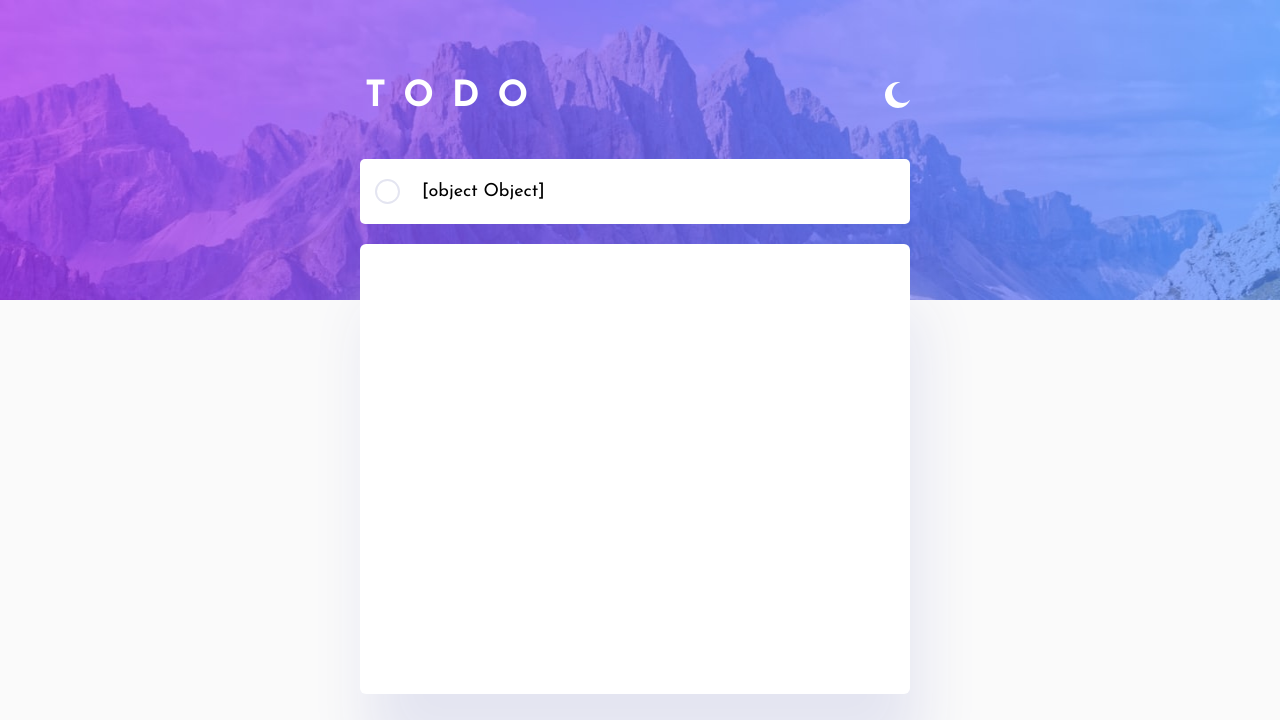
Repository: Haviles04/todoapp
Page: /
An editor plug-in stored every save of this project. The page is shown before and after the next save, followed by the edit.
The browser window is 1280 px wide. The pictures show the whole page.
The project was rebuilt for these pictures with package versions that can differ from the ones it lists, and the page was loaded fresh each time.

Above is the page before, as saved 2022-10-18 18:43:57.

After the next save:
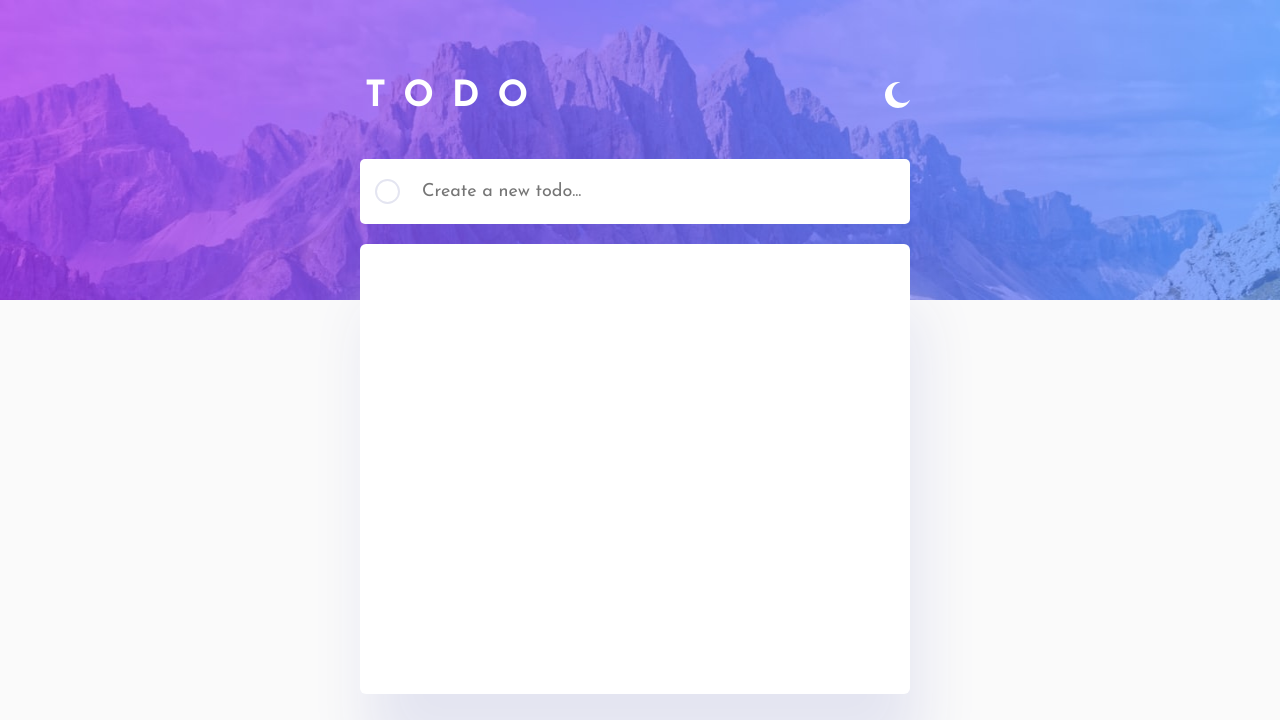
Saved 91 s later.
--- a/src/components/taskInput/TaskInput.jsx
+++ b/src/components/taskInput/TaskInput.jsx
@@ -8,7 +8,7 @@ function TaskInput(props) {
     <div className='inputContainer'>
         <form>
             <button id='taskBtn' className='taskBtn' type="submit" onSubmit={props.handleClick} ></button>
-            <input id='taskInput' className='taskInput' type="text" placeholder='Create a new todo...' value={props.todo}></input>
+            <input id='taskInput' className='taskInput' type="text" placeholder='Create a new todo...' ></input>
         </form>
     </div>
   )
